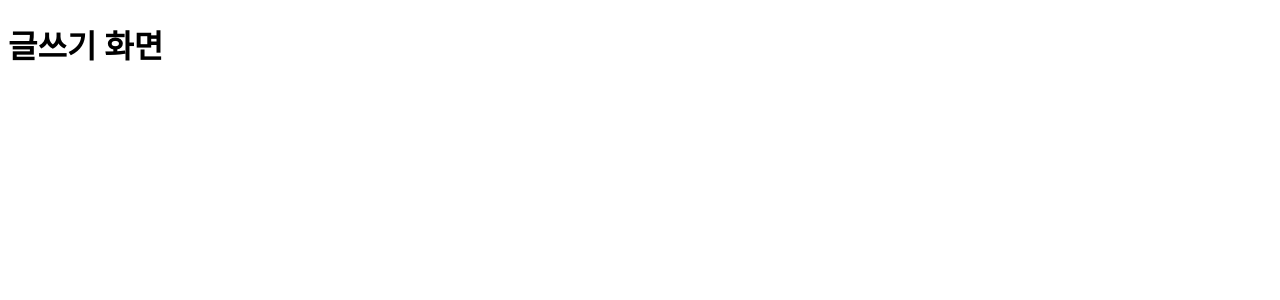
Repository: rmh6363/javastudy
Page: http://localhost/MyBoard/insert.jsp
An editor plug-in stored every save of this project. The page is shown before and after the next save, followed by the edit.
The browser window is 1280 px wide. The pictures show the whole page.
The page is served by Tomcat 9. Other server files are loaded and not shown.

Above is the page before, as saved 2021-01-04 05:33:50.

### MyBoard/WebContent/insert.jsp
<%@ page language="java" contentType="text/html; charset=UTF-8"
    pageEncoding="UTF-8"%>
     <%@ taglib uri="http://java.sun.com/jsp/jstl/core" prefix="c" %>
    <%@ taglib uri="http://java.sun.com/jsp/jstl/fmt" prefix="fmt" %>
    <%@ taglib uri="http://java.sun.com/jsp/jstl/functions" prefix="fn" %>
<!DOCTYPE html>
<html>
<head>
<meta charset="UTF-8">
<title>글쓰기 화면</title>
<script src="https://ajax.googleapis.com/ajax/libs/jquery/3.5.1/jquery.min.js"></script>
</head>
<body>
<h1>글쓰기 화면</h1>
	<form action="insert.do" method="post">



	</form>



</body>
</html>

After the next save:
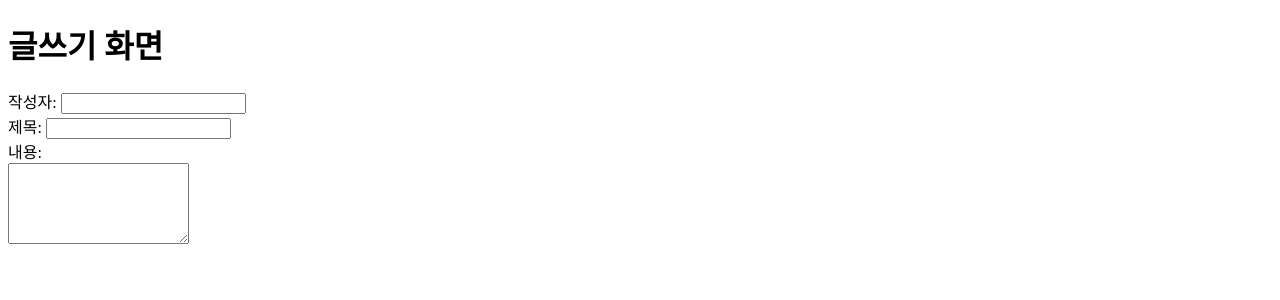
Saved 94 s later.
--- a/MyBoard/WebContent/insert.jsp
+++ b/MyBoard/WebContent/insert.jsp
@@ -13,8 +13,10 @@
 <body>
 <h1>글쓰기 화면</h1>
 	<form action="insert.do" method="post">
-
-
+	작성자: <input name="author"><br>
+	제목: <input name="title"><br>
+	내용:<br>
+	<textarea rows="5" name="content"></textarea>
 
 	</form>
 
